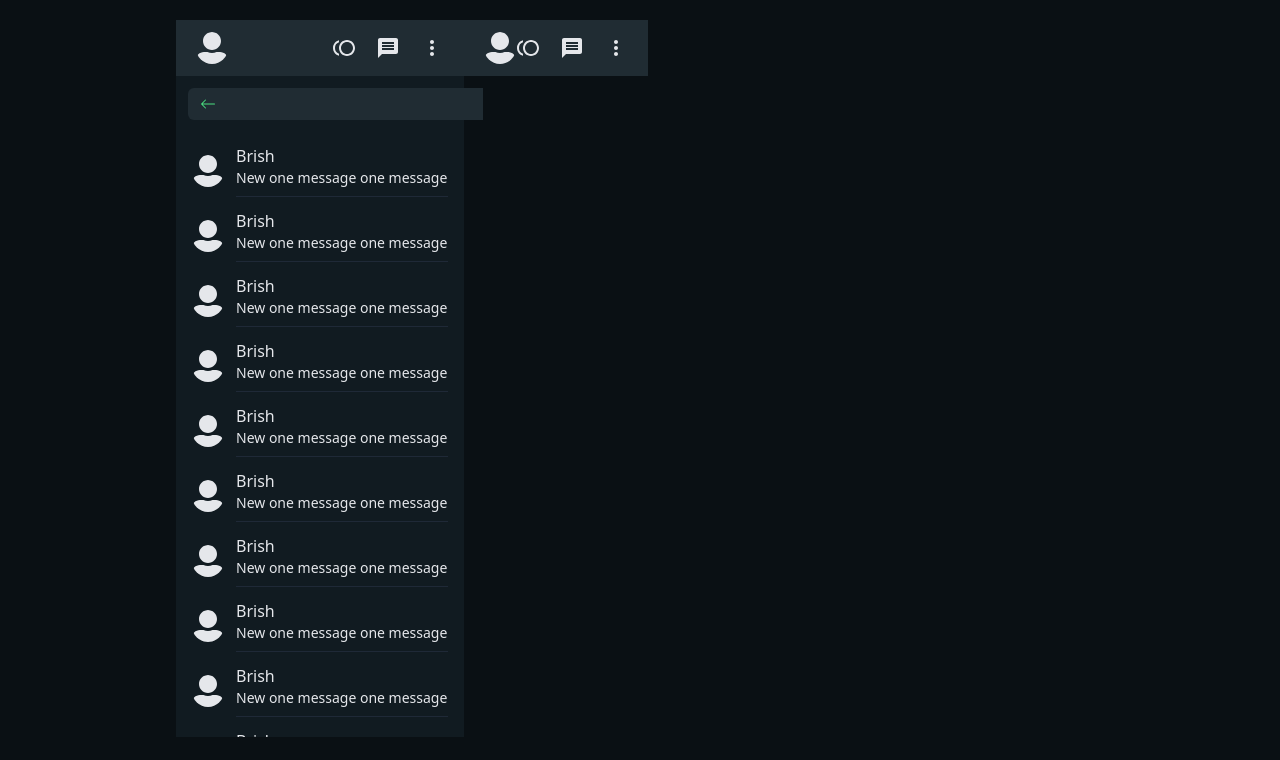
Repository: satya-ranjon/whatsapp-clone-dev
Page: /
The author's editor kept a copy of each file at every save. The page is drawn from the files as they stood at one save, then again after the next save.
The browser window is 1280 px wide. The pictures show the whole page.
The project was rebuilt for these pictures with package versions that can differ from the ones it lists, and the page was loaded fresh each time.

Above is the page before, as saved 2022-04-09 07:33:23.

### src/index.js
import * as ReactDOMClient from "react-dom/client";
import { BrowserRouter } from "react-router-dom";
import App from "./App";
import "./index.css";

const root = ReactDOMClient.createRoot(document.getElementById("root"));
root.render(
  <BrowserRouter>
    <App />
  </BrowserRouter>
);

### src/App.js
import ChatContainer from "./Components/ChatContainer";
import SideBar from "./Components/SideBar";

function App() {
  return (
    <div className="lg:p-5 lg:px-44 bg-[#0a1014] flex">
      <SideBar />
      <ChatContainer />
    </div>
  );
}

export default App;

### src/index.css
@tailwind base;
@tailwind components;
@tailwind utilities;

.hoverEf {
  overflow: hidden;
  right: -100%;
  transition: all 0.4s;
}

.hoverbtn:hover .hoverEf {
  right: -0%;
}

### src/Components/ChatContainer.jsx
import React from "react";
import ChatHeader from "./ChatHeader";

export default function ChatContainer() {
  return (
    <div className="text-white h-screen">
      <ChatHeader />
    </div>
  );
}

### src/Components/SideBar.jsx
import React from "react";
import { MdToll, MdMoreVert, MdMessage } from "react-icons/md";
import { FaUserAlt } from "react-icons/fa";
import SideBarUseList from "./SideBarUseList";

export default function SideBar() {
  return (
    <div className="w-72">
      <div className="flex justify-between font-semibold text-2xl px-5 py-3 bg-[#202c33] text-gray-200">
        <div>
          <FaUserAlt className="rounded-full w-8 h-8" />
          {/* <img
            className="rounded-full w-8 h-8 "
            src="https://images.pexels.com/photos/220453/pexels-photo-220453.jpeg?cs=srgb&dl=pexels-pixabay-220453.jpg&fm=jpg"
            alt=""
          /> */}
        </div>
        <div className="flex justify-between space-x-5 cursor-pointer my-auto">
          <MdToll />
          <MdMessage />
          <MdMoreVert />
        </div>
      </div>
      <SideBarUseList />
    </div>
  );
}

### src/Components/ChatHeader.jsx
import React from "react";
import { MdToll, MdMoreVert, MdMessage } from "react-icons/md";
import { FaUserAlt } from "react-icons/fa";

export default function ChatHeader() {
  return (
    <div className="flex justify-between font-semibold text-2xl px-5 py-3 bg-[#202c33] text-gray-200">
      <div>
        <FaUserAlt className="rounded-full w-8 h-8" />
        {/* <img
            className="rounded-full w-8 h-8 "
            src="https://images.pexels.com/photos/220453/pexels-photo-220453.jpeg?cs=srgb&dl=pexels-pixabay-220453.jpg&fm=jpg"
            alt=""
          /> */}
      </div>
      <div className="flex justify-between space-x-5 cursor-pointer my-auto">
        <MdToll />
        <MdMessage />
        <MdMoreVert />
      </div>
    </div>
  );
}

### src/Components/SideBarUseList.jsx
import React, { useState } from "react";
import { FaUserAlt } from "react-icons/fa";
import { BsChevronDown, BsArrowLeft } from "react-icons/bs";
import { AiOutlineSearch } from "react-icons/ai";

const array = [
  1, 1, 1, 1, 1, 1, 1, 1, 1, 1, 1, 1, 1, 1, 1, 1, 1, 1, 1, 1, 1, 1, 1, 1, 1, 1,
  1, 1, 1, 1, 1, 1, 1, 1, 1, 1, 1, 1, 1, 1, 1, 1, 1, 1, 1, 1, 1, 1, 1, 1, 1, 1,
  1, 1, 1, 1, 1, 1, 1, 1, 1, 1, 1, 1, 1, 1, 1, 1, 1,
];

export default function SideBarUseList() {
  const [toogle, setToogle] = useState(true);

  return (
    <>
      <div className="bg-[#111b21] flex justify-center p-3">
        <div
          className="pl-14 rounded-md w-full bg-[#202c33] relative"
          onClick={() => setToogle(true)}
          onMouseOut={() => setToogle(false)}
        >
          <input
            type="text"
            id="search"
            className="bg-[#202c33]  p-1 outline-none text-gray-300  "
          />
          <label
            htmlFor="search"
            className="absolute left-3 bottom-2 text-gray-300 my-auto"
          >
            {(toogle && (
              <BsArrowLeft className="text-green-400 font-semibold" />
            )) || <AiOutlineSearch />}
          </label>
        </div>
      </div>
      <div className="bg-[#111b21] overflow-y-scroll scroll-my-1 h-[88vh] lg:h-[84vh] scrollbar scrollbar-thumb-gray-400 scrollbar-thin text-gray-200 duration-500 transition-all">
        {array.map((i, index) => (
          <div
            key={index}
            className="px-4 py-3 pb-0 flex justify-start hover:bg-[#2a394294] cursor-pointer duration-500 transition-all relative hoverbtn overflow-hidden"
          >
            <div className="my-auto">
              <FaUserAlt className="w-8 h-8 rounded-full" />
            </div>
            <div className="flex flex-col my-auto w-full ml-3 border-b-[1px] border-b-gray-800 pb-2">
              <p>Brish</p>
              <p className="text-sm">New one message one message</p>
            </div>

            <div className=" absolute px-5 bg-[#2a3942a8] bottom-2 text-xl hoverEf">
              <BsChevronDown />
            </div>
          </div>
        ))}
      </div>
    </>
  );
}

### tailwind.config.js
module.exports = {
  content: ["./src/**/*.{js,jsx,ts,tsx}"],
  theme: {
    extend: {},
  },
  plugins: [require("tailwind-scrollbar")],
};

Loaded but not shown: public/index.html (common file)

After the next save:
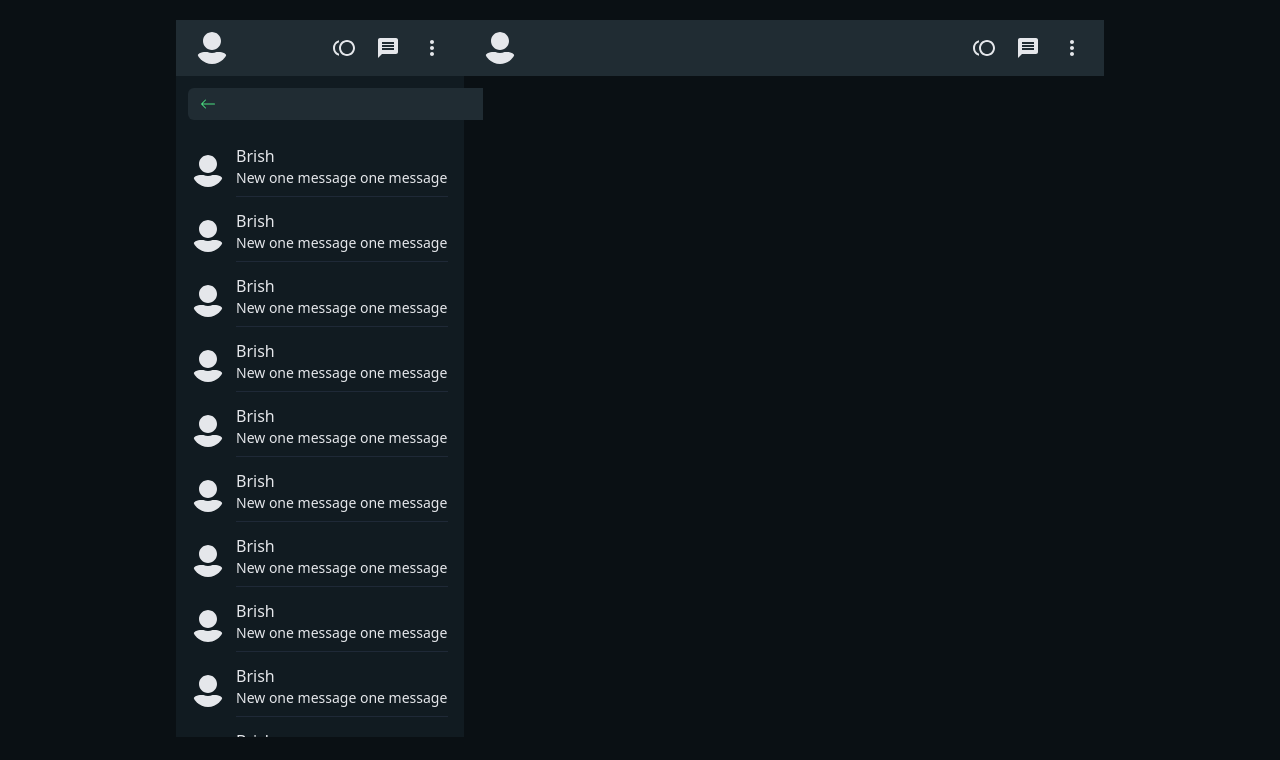
Saved 6 s later.
--- a/src/Components/ChatContainer.jsx
+++ b/src/Components/ChatContainer.jsx
@@ -3,7 +3,7 @@ import ChatHeader from "./ChatHeader";
 
 export default function ChatContainer() {
   return (
-    <div className="text-white h-screen">
+    <div className="text-white h-screen w-full">
       <ChatHeader />
     </div>
   );
